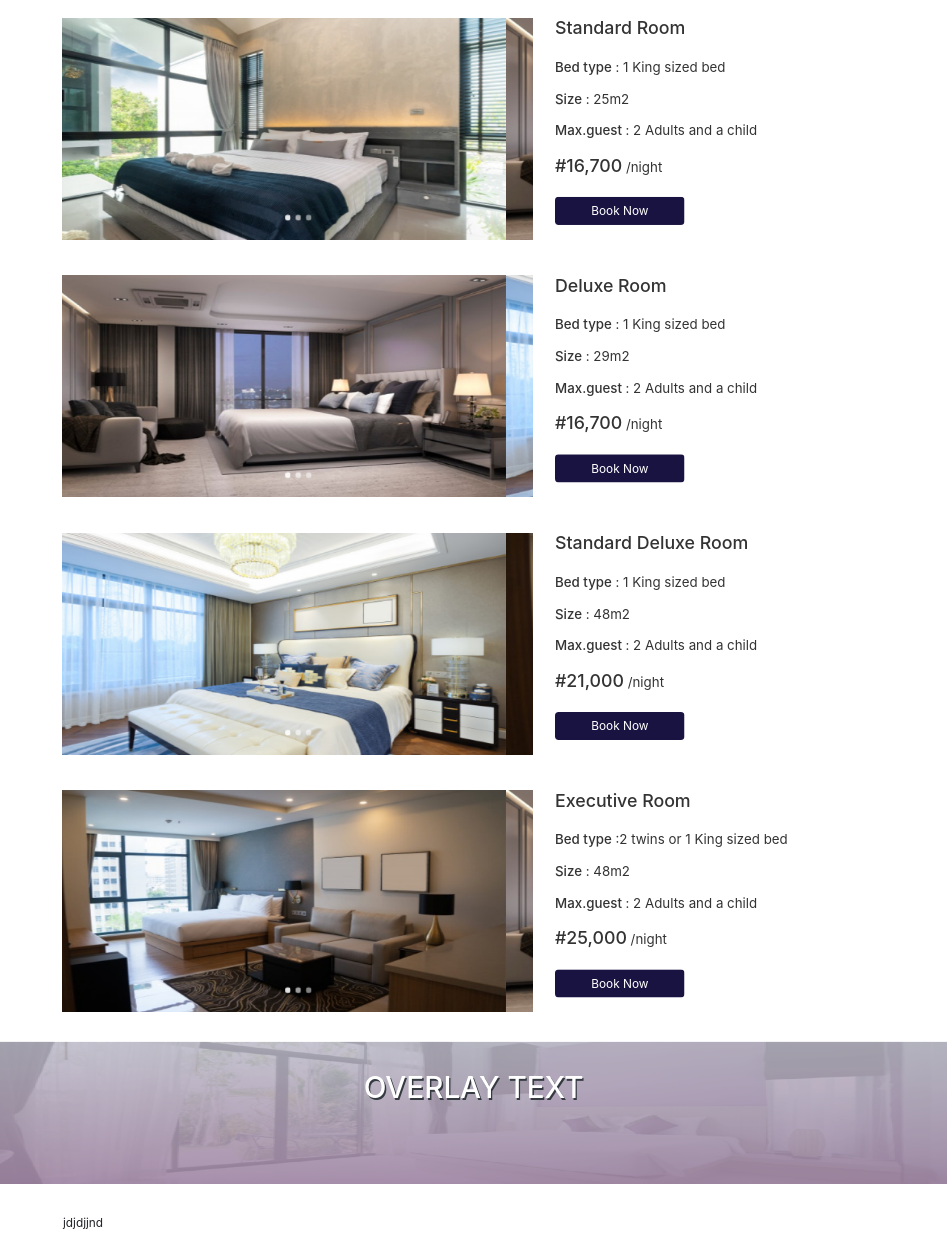
Repository: Syfon01/hotel-website
Page: room.html
These files come from the project's save history. The page is drawn as it stood at one moment and after the next save; the edit follows.
The browser window is 1280 px wide. The pictures show the whole page, at 74% of full size.

Above is the page before, as saved 2020-06-08 19:10:13.

After the next save:
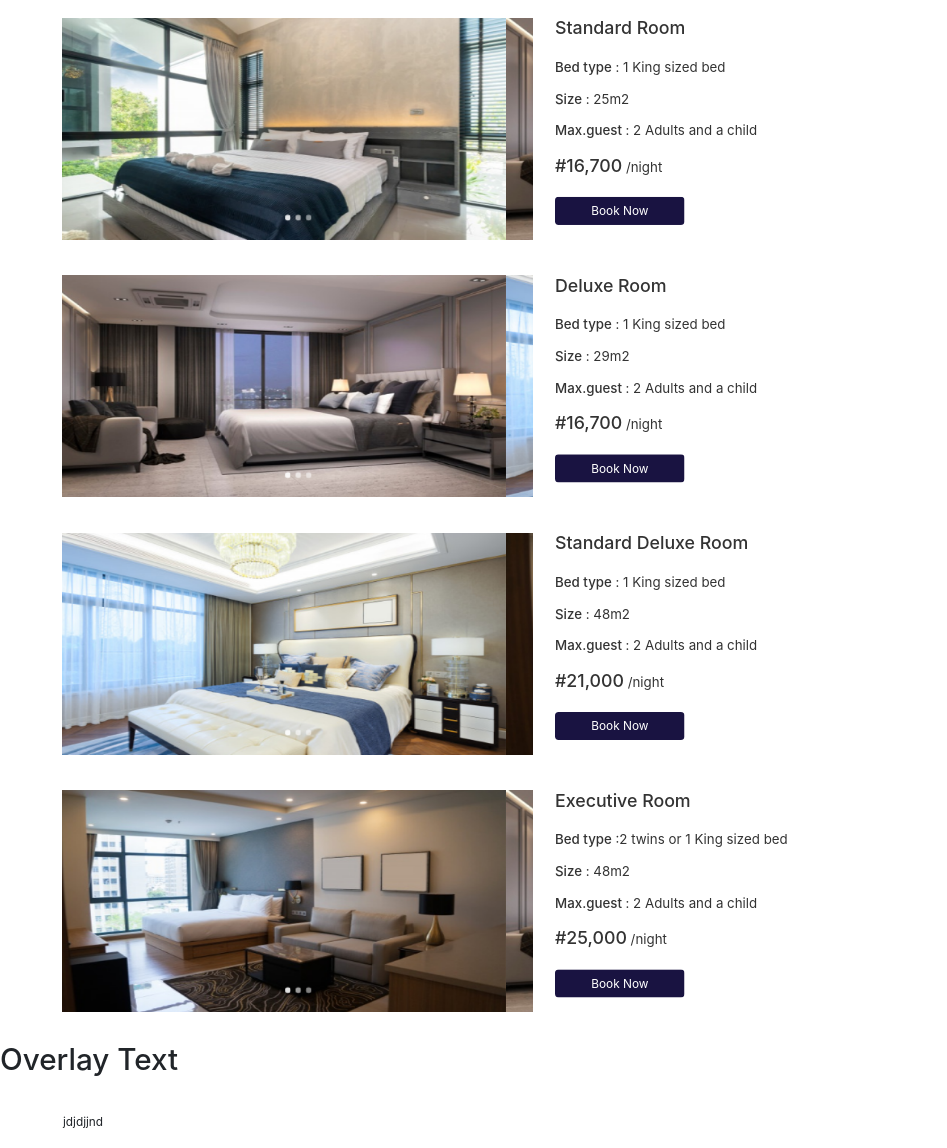
Saved 55 s later.
--- a/room.css
+++ b/room.css
@@ -23,81 +23,3 @@ p{
   width: 8px;
   height: 8px;
 }
-
-.hero {
-  width: 100%;
-  height: 100%;
-  min-width: 100%;
-  min-height: 100%;
-  position: relative;
-}
-
-.hero::before {
-  background-image:linear-gradient(to bottom, rgba(245, 246, 252, 0.52), rgba(117, 19, 93, 0.73)), url(/img/explore.png);
-  /* background-size: cover */
-  background-repeat: no-repeat;
-  background-size: 100% 100%;
-  ;
-  /* background-repeat: no-repeat; */
-  content: "";
-  display: block;
-  position: absolute;
-  top: 0;
-  left: 0;
-  width: 100%;
-  height: 100%;
-  z-index: -2;
-  opacity: 0.4;
-}
-
-.flex-center {
-  display: flex;
-  flex-direction: column;
-  justify-content: center;
-  align-content: center;
-}
-.hero-message {
-  color: #fff;
-  text-shadow: #343a40 2px 2px;
-  min-width: 100%;
-  min-height: 12em;
-  position: relative;
-}
-
-@media(min-width:1024px) {
-  .hero-message {
-    min-width: 50%;
-    min-height: 12em;
-  }
-
-  .hero-message::before {
-    margin-left: 25%;
-    min-width: 50%;
-    min-height: 12em;
-  }
-}
-
-.hero::after {
-  background: rgba(25, 19, 65, 0.6);
-  content: "";
-  display: block;
-  position: absolute;
-  top: 0px;
-  left: 0px;
-  width: 100%;
-  height: 100%;
-  z-index: -1;
-  opacity: 0.4;
-}
-
-.hero-title,
-.hero-sub-title {
-  width: 100%;
-  display: block;
-  text-align: center;
-}
-
-.hero-title {
-  margin: 3% 0;
-  text-transform: uppercase;
-}

After the save that followed:
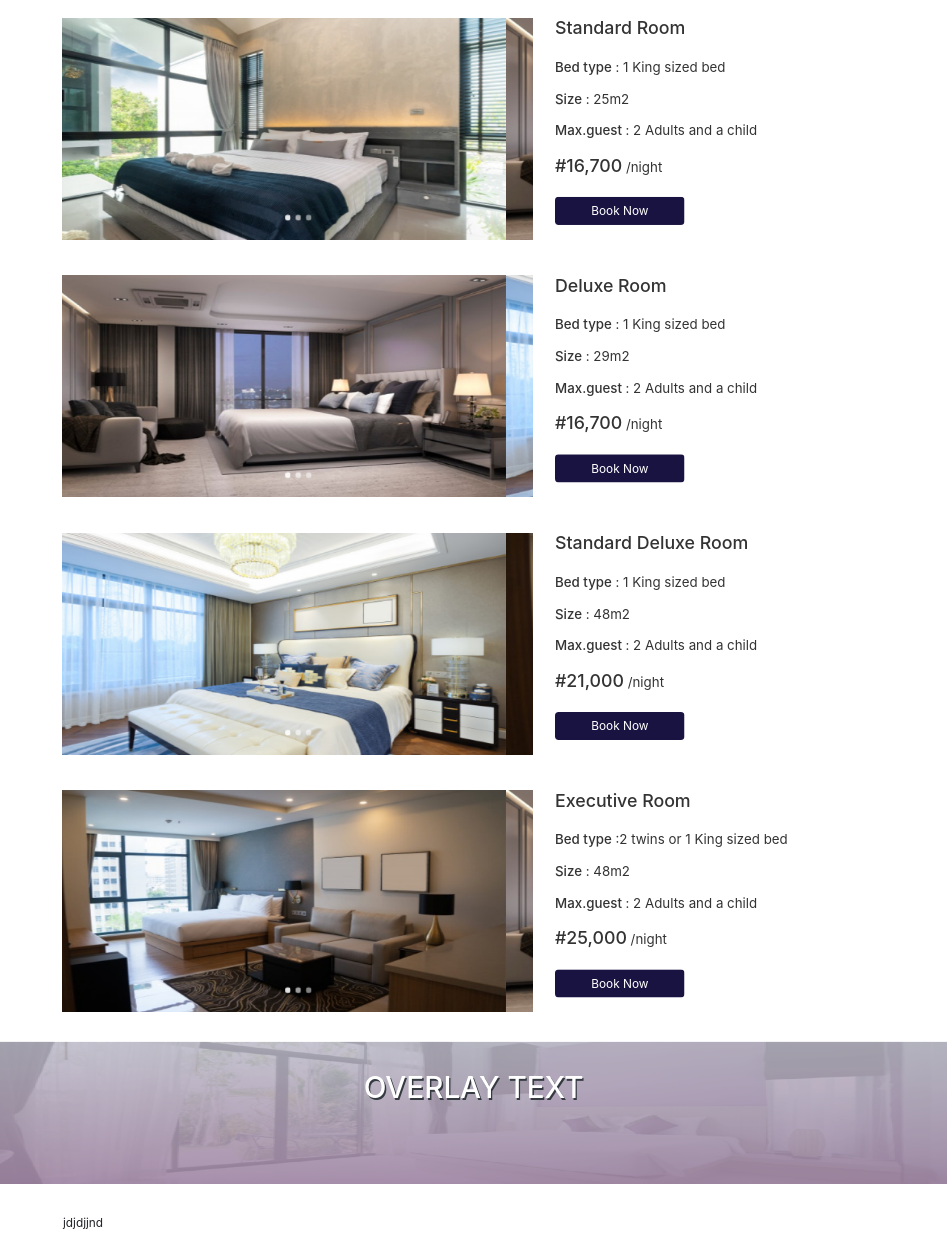
Saved 73 s later.
--- a/room.css
+++ b/room.css
@@ -23,3 +23,81 @@ p{
   width: 8px;
   height: 8px;
 }
+
+.hero {
+  width: 100%;
+  height: 100%;
+  min-width: 100%;
+  min-height: 100%;
+  position: relative;
+}
+
+.hero::before {
+  background-image:linear-gradient(to bottom, rgba(245, 246, 252, 0.52), rgba(117, 19, 93, 0.73)), url(/img/explore.png);
+  /* background-size: cover */
+  background-repeat: no-repeat;
+  background-size: 100% 100%;
+  ;
+  /* background-repeat: no-repeat; */
+  content: "";
+  display: block;
+  position: absolute;
+  top: 0;
+  left: 0;
+  width: 100%;
+  height: 100%;
+  z-index: -2;
+  opacity: 0.4;
+}
+
+.flex-center {
+  display: flex;
+  flex-direction: column;
+  justify-content: center;
+  align-content: center;
+}
+.hero-message {
+  color: #fff;
+  text-shadow: #343a40 2px 2px;
+  min-width: 100%;
+  min-height: 12em;
+  position: relative;
+}
+
+@media(min-width:1024px) {
+  .hero-message {
+    min-width: 50%;
+    min-height: 12em;
+  }
+
+  .hero-message::before {
+    margin-left: 25%;
+    min-width: 50%;
+    min-height: 12em;
+  }
+}
+
+.hero::after {
+  background: rgba(25, 19, 65, 0.6);
+  content: "";
+  display: block;
+  position: absolute;
+  top: 0px;
+  left: 0px;
+  width: 100%;
+  height: 100%;
+  z-index: -1;
+  opacity: 0.4;
+}
+
+.hero-title,
+.hero-sub-title {
+  width: 100%;
+  display: block;
+  text-align: center;
+}
+
+.hero-title {
+  margin: 3% 0;
+  text-transform: uppercase;
+}
